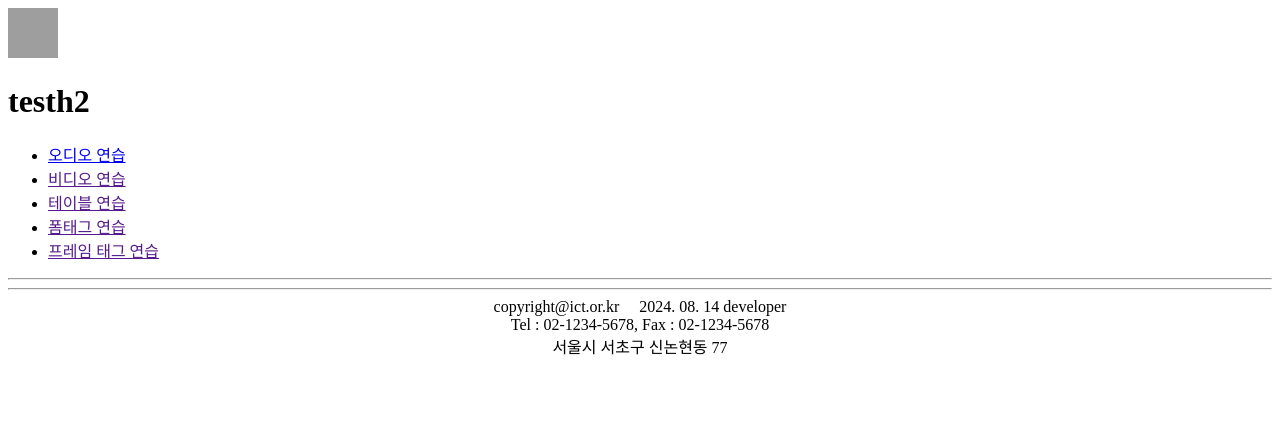
Repository: bianchi112/ict-data
Page: web_workspace/testHTMLProject2/src/main/webapp/index.html
The author's editor kept a copy of each file at every save. The page is drawn from the files as they stood at one save, then again after the next save.
The browser window is 1280 px wide. The pictures show the whole page.
Pictures or frames that could not be fetched are drawn as grey boxes.

Above is the page before, as saved 2024-08-14 05:43:29.

### web_workspace/testHTMLProject2/src/main/webapp/index.html
<!DOCTYPE html> <!-- 이 문서에 사용되는 html 종류와 버전을 지정함, html 은 html5 뜻임 -->
<html lang="ko"> <!-- 웹 문서의 시작을 뜻하는 태그임 -->
<!-- lang="언어종류" : language 줄임말, 이 문서의 사용 언어을 지정하는 속성임
	 한국어 : ko, 영어 : en, 일본어 : jp 등
-->
<head> <!-- 이 문서의 설정과 관련된 내용을 헤드 영역을 표시하는 태그임 -->
<meta charset="UTF-8"> <!-- 주로 설정을 담당하는 태그임, 닫기 태그없는 단일 태그임 -->
<title>testh2</title> <!-- 문서의 제목 지정 태그임, 브라우저 상단 제목탭에 표시됨 -->
</head> <!-- head 형역에 작성한 내용은 브라우저 페이지 영역에 표시되지 않는다. -->
<body> <!-- 브라우저 페이지 영역에 보여지는 내용을 작서하는 부분에 대한 시작 태그임 -->
	<!-- 시멘틱(simentic) 태그 : 태그명으로 용도를 알 수  있는 태그
		     웹표준 html5에서 추가된 태그임
		     header, section, article, aside, footer, hgroup, figure & figcaption, time, address 등
	 -->
	 <header> <!-- 웹 페이지의 머리글 영역을 표시할  때 사용하는 태그, 로고, 메뉴바 등 -->
	 	<img src="./resources/images/twitter.jpg" width="50" height="50" alt="로고">
	 	<!-- 대상 파일지정시 절대경로 또는 상대경로 사용함
	 		 상대경로 : 현재 문서를 기준으로 대상파일까지 찾아가는 경로
	 		    ./ : 현재 폴더, ../ : 상위 폴더 를 의미함
	 		 절대경로 : 무조건 content directory (webapp) 에서 시작하는 경로
	 		 	/context root 명으로 시작함
	 	 -->
	 	<h1>testh2</h1>
	 	<nav> <!-- 메뉴바 만들 때 사용함 -->
		<ul> <!-- unorder list : 순번 없는 목록, 항목 앞에 기호 표시 -->
			<li><a href="./views/test/testAudio.html">오디오 연습</a></li>
			<li><a href="">비디오 연습</a></li>
			<li><a href="">테이블 연습</a></li>
			<li><a href="">폼태그 연습</a></li>
			<li><a href="">프레임 태그 연습</a></li>
		</ul>
	 	</nav>
	 </header>
	 <hr>
	 <section> <!-- 제목, 부제목, 내용으로 구성하는 본문이 있을 때 구역표시용으로 사용 -->

	 </section>
	 <hr>
	 <footer> <!-- 웹 페이지의 바닥글 영역을 표시할 때 사용하는 태그, 회사정보, 저작권 정보 등-->
	 <center> <!-- 태그 안의 모든 내용을 가운데 배치함 -->
	 copyright@ict.or.kr &nbsp; &nbsp; 2024. 08. 14 developer <br>
	 Tel : 02-1234-5678, Fax : 02-1234-5678 <br>
	 서울시 서초구 신논현동 77
	 </center>
	 </footer>
</body>
</html> <!-- 웹 문서의 끝을 표시하는 닫기 태그임 -->

After the next save:
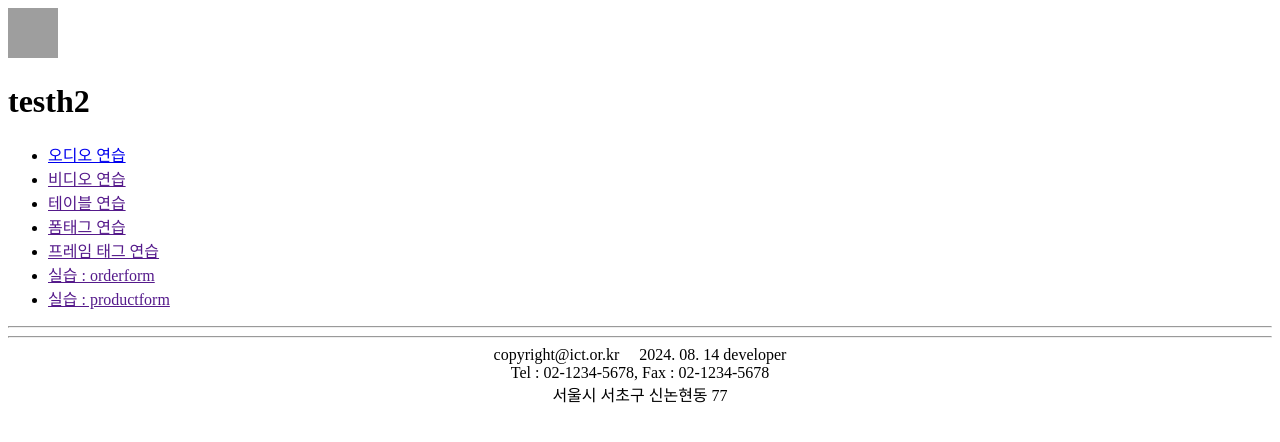
Saved 29 s later.
--- a/web_workspace/testHTMLProject2/src/main/webapp/index.html
+++ b/web_workspace/testHTMLProject2/src/main/webapp/index.html
@@ -28,6 +28,8 @@
 			<li><a href="">테이블 연습</a></li>
 			<li><a href="">폼태그 연습</a></li>
 			<li><a href="">프레임 태그 연습</a></li>
+			<li><a href="">실습 : orderform</a></li>
+			<li><a href="">실습 : productform</a></li>
 		</ul>
 	 	</nav>
 	 </header>
